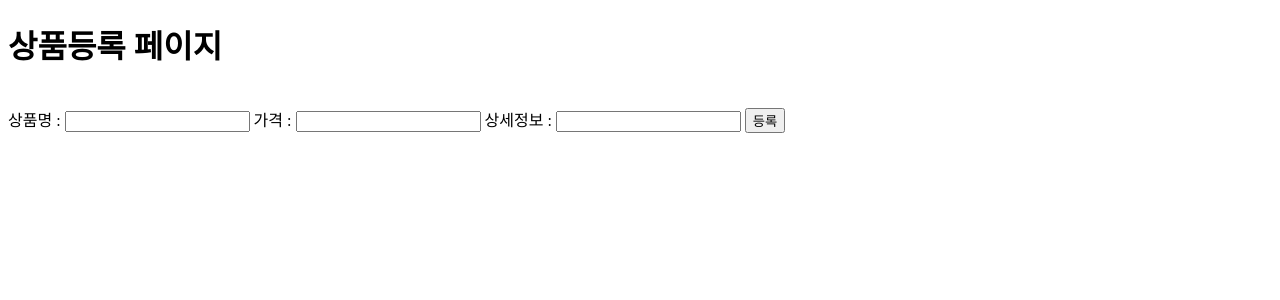
Repository: amoled4/ezen_jsp_project1
Page: http://localhost/jsp_study/register.jsp
These files come from the project's save history. The page is drawn as it stood at one moment and after the next save; the edit follows.
The browser window is 1280 px wide. The pictures show the whole page.
The page is served by Tomcat 9.

Above is the page before, as saved 2023-05-11 01:23:48.

After the next save:
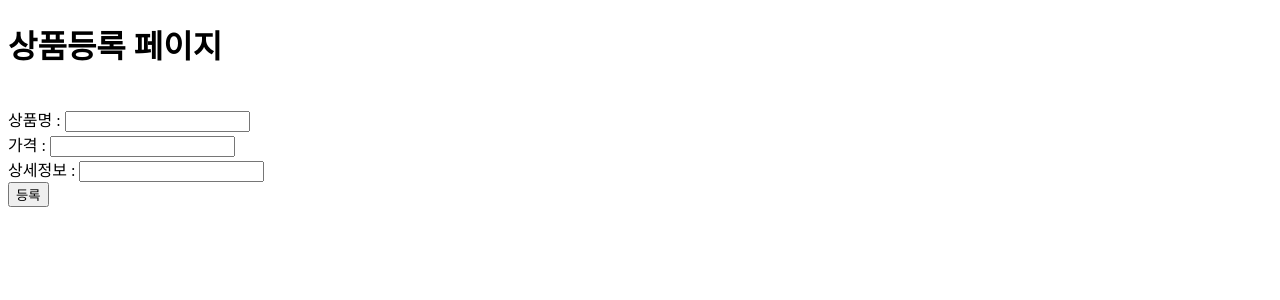
Saved 11 s later.
--- a/jsp_study/src/main/webapp/register.jsp
+++ b/jsp_study/src/main/webapp/register.jsp
@@ -10,9 +10,9 @@
 	<h1>상품등록 페이지</h1>
 	<br>
 	<form action="insert.pd" method="post">
-		상품명 : <input type="text" name="pname">
-		가격 : <input type="text" name="price">
-		상세정보 : <input type="text" name="madeby">
+		상품명 : <input type="text" name="pname"> <br>
+		가격 : <input type="text" name="price"> <br>
+		상세정보 : <input type="text" name="madeby"> <br>
 		<button type="submit">등록</button>
 	</form>
 </body>
